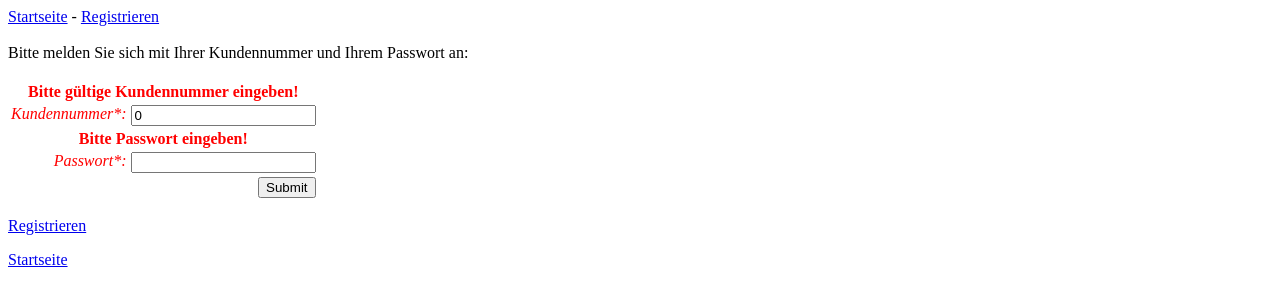
Repository: exic/VIS-Labor
Page: http://localhost/vislabor/user_login.action
The author's editor kept a copy of each file at every save. The page is drawn from the files as they stood at one save, then again after the next save.
The browser window is 1280 px wide. The pictures show the whole page.
The page is served by Tomcat 9.

Above is the page before, as saved 2011-05-14 16:16:35.

After the next save:
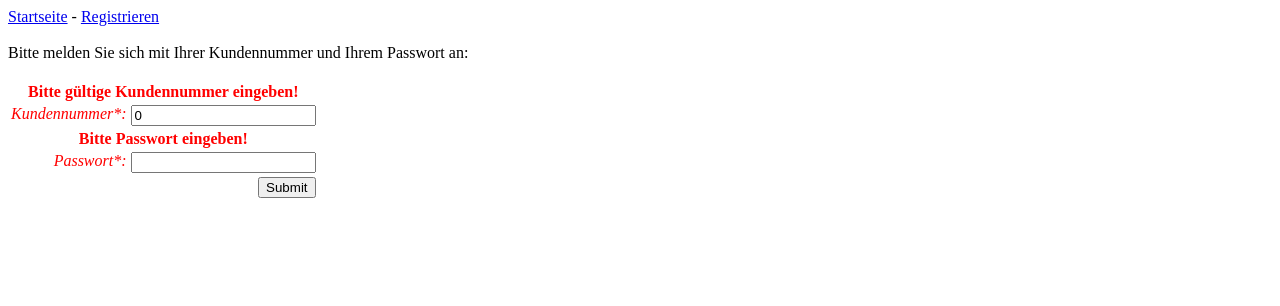
Saved 7 s later.
--- a/workspace/vislabor/WebContent/pages/LoginUser.jsp
+++ b/workspace/vislabor/WebContent/pages/LoginUser.jsp
@@ -26,8 +26,5 @@
 	 	<s:actionerror label="label" />
 	 </font>
 
-	 <p><a href="<s:url action="forward_to_register"/>">Registrieren</a> </p>
-	 <p><a href="<s:url action="forward_to_home"/>">Startseite</a> </p>
-
  </body>
 </html>
